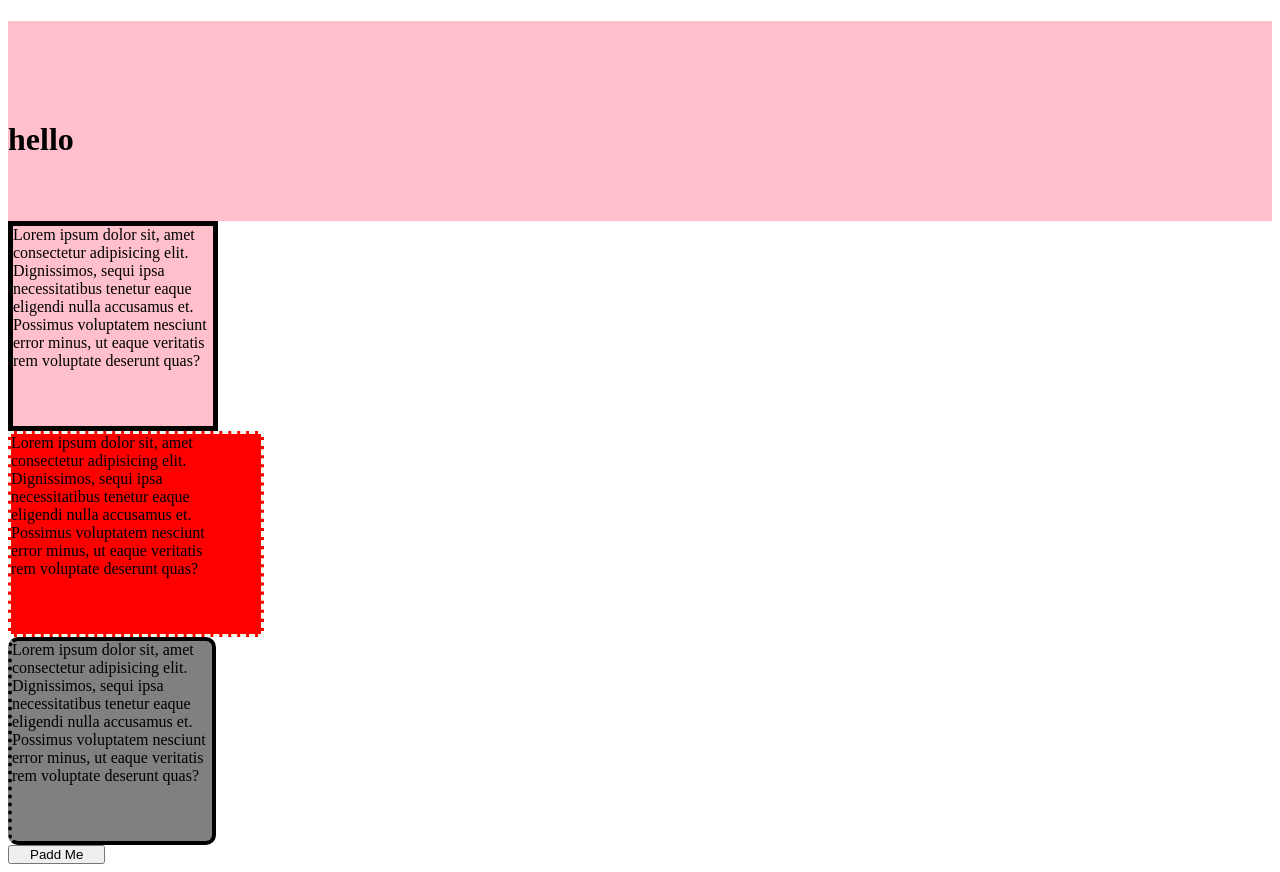
Repository: zhFIsHappy/UdemyFullStack
Page: index1.html
An editor plug-in stored every save of this project. The page is shown before and after a run of saves, followed by the edit.
The browser window is 1280 px wide. The pictures show the whole page.

Above is the page before, as saved 2022-03-22 21:10:53.

### index1.html
<!DOCTYPE html>
<html lang="en">
<head>
    <meta charset="UTF-8">
    <meta http-equiv="X-UA-Compatible" content="IE=edge">
    <meta name="viewport" content="width=device-width, initial-scale=1.0">
    <title>Document</title>
    <link rel="stylesheet" href="app1.css">
</head>
<body>
    <h1>hello</h1>
    <div id ="one">Lorem ipsum dolor sit, amet consectetur adipisicing elit. Dignissimos, sequi ipsa necessitatibus tenetur eaque eligendi nulla accusamus et. Possimus voluptatem nesciunt error minus, ut eaque veritatis rem voluptate deserunt quas?</div>
    <div id ="two">Lorem ipsum dolor sit, amet consectetur adipisicing elit. Dignissimos, sequi ipsa necessitatibus tenetur eaque
    eligendi nulla accusamus et. Possimus voluptatem nesciunt error minus, ut eaque veritatis rem voluptate deserunt
    quas?</div>
    <div id ="three">Lorem ipsum dolor sit, amet consectetur adipisicing elit. Dignissimos, sequi ipsa necessitatibus tenetur eaque
    eligendi nulla accusamus et. Possimus voluptatem nesciunt error minus, ut eaque veritatis rem voluptate deserunt
    quas?</div>
    <button>Padd Me</button>
</body>
</html>

### app1.css
/*height and width*/
div{
    width: 200px;
    height: 200px;
    background-color: #e63946
}
h1{
    background-color: pink;
    height:100px;
    padding-top : 100px;
    margin-bottom : 0;
}
/* border : width, color, style*/
#one {
    background-color: pink;
    border-width: 5px;
    border-color : black;
    border-style: solid;
    box-sizeing: border-box;
}

#two{
    background-color: red;
    border-color: #f1faee;
    border-width: 3px;
    border-style: dashed;
    border-left-color: 8px;
    padding-right : 50px;
}

#three{
    background-color: grey;
    border : 4px solid black;
    border-left-style: dotted;
    border-radius : 10px;
}
/* padding left right top bottom, and custom "padding"*/
/* vertical|horizontal*/
/* top| right | bottom | up*/
button {
    padding : 0 20px;
}
/* Margin same as Padding*/

After the next 2 saves:
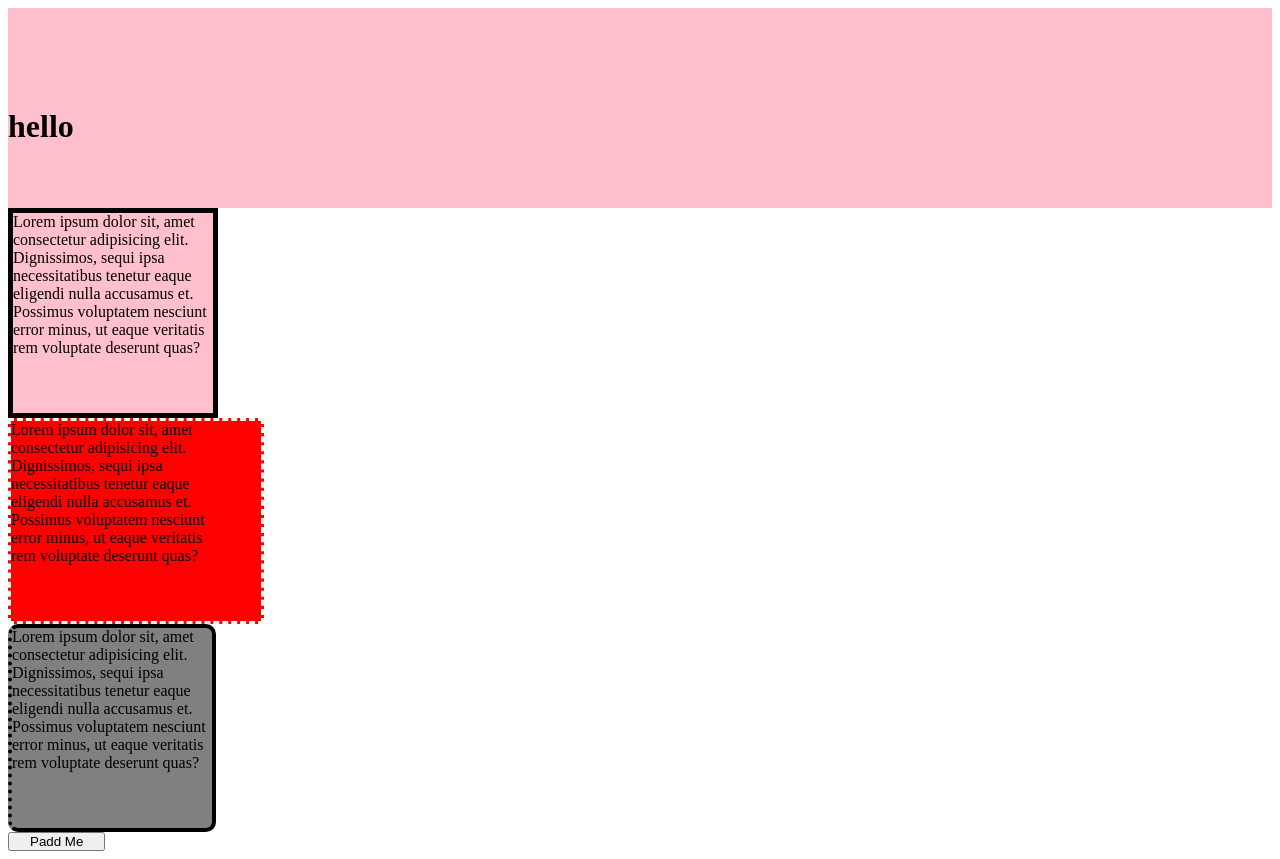
The 2 saves are shown as one change because they came seconds apart.
The last was saved 8 s later.
--- a/app1.css
+++ b/app1.css
@@ -8,7 +8,7 @@ h1{
     background-color: pink;
     height:100px;
     padding-top : 100px;
-    margin-bottom : 0;
+    margin:0;
 }
 /* border : width, color, style*/
 #one {
